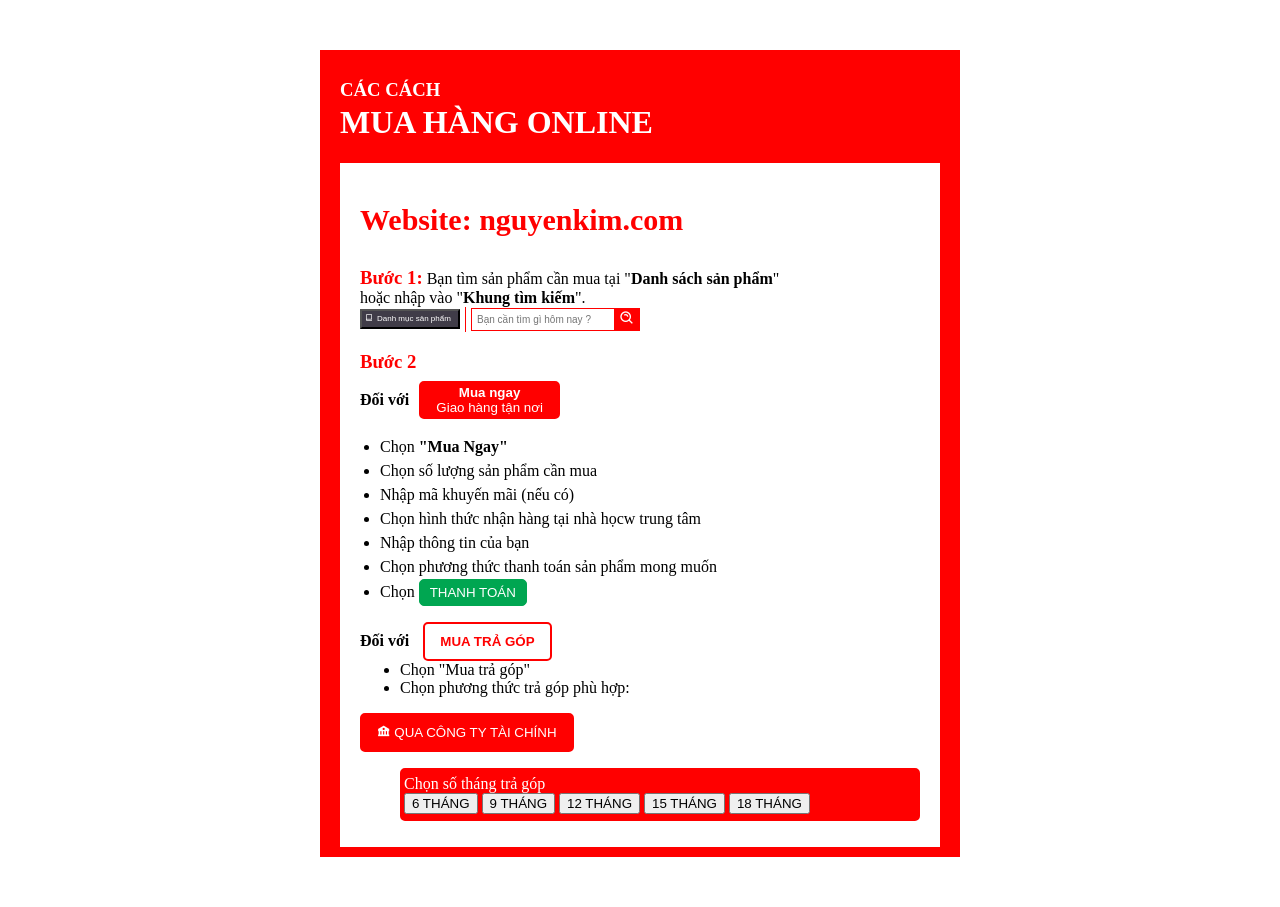
Repository: Tan-Khang21/TH_TKW--Buoi_01
Page: Buoi_01/BT_tren_lop/BT_06/main.html
The author's editor kept a copy of each file at every save. The page is drawn from the files as they stood at one save, then again after a run of saves.
The browser window is 1280 px wide. The pictures show the whole page.

Above is the page before, as saved 2024-01-23 20:48:07.

### Buoi_01/BT_tren_lop/BT_06/main.html
<!DOCTYPE html>
<html lang="en">
  <head>
    <meta charset="UTF-8" />
    <meta name="viewport" content="width=device-width, initial-scale=1.0" />
    <title>Document</title>
    <link rel="stylesheet" href="style.css" />
    <link
      href="https://unpkg.com/boxicons@2.1.4/css/boxicons.min.css"
      rel="stylesheet"
    />
  </head>
  <body>
    <div class="cover">
      <h3 style="color: white">CÁC CÁCH</h3>
      <h1>MUA HÀNG ONLINE</h1>
      <div class="content">
        <h3 style="font-size: 30px">Website: nguyenkim.com</h3>

        <h3 style="display: inline">Bước 1:</h3>
        <span
          >Bạn tìm sản phẩm cần mua tại "<b>Danh sách sản phẩm</b>"<br />
          hoặc nhập vào "<b>Khung tìm kiếm</b>".</span
        >
        <br />
        <div class="Search_product">
          <button>
            <i class="bx bx-book-alt" style="margin-right: 4px"></i> Danh mục
            sản phẩm
          </button>
          <div class="line"></div>
          <form style="display: flex">
            <input
              class="search"
              type="text"
              placeholder="Bạn cần tìm gì hôm nay ?"
            />
            <div class="submit">
              <input
                class="submit_input"
                type="submit"
                name=""
                id="submit_input"
              />
              <label for="submit_input"
                ><i
                  class="bx bx-search-alt"
                  style="
                    position: absolute;
                    z-index: 2;
                    transform: translateX(4px) translateY(2px);
                    color: white;
                  "
                ></i
              ></label>
            </div>
          </form>
        </div>
        <h3>Bước 2</h3>
        <div class="step2">
          <b>Đối với</b>
          <button class="buy_now">
            <b>Mua ngay</b><br /><span>Giao hàng tận nơi</span>
          </button>
        </div>
        <ul class="step2_list">
          <li>Chọn <b>"Mua Ngay"</b></li>
          <li>Chọn số lượng sản phẩm cần mua</li>
          <li>Nhập mã khuyến mãi (nếu có)</li>
          <li>Chọn hình thức nhận hàng tại nhà họcw trung tâm</li>
          <li>Nhập thông tin của bạn</li>
          <li>Chọn phương thức thanh toán sản phẩm mong muốn</li>
          <li>Chọn <button class="button_green">THANH TOÁN</button></li>
        </ul>
        <b>Đối với</b>
        <button class="buy">MUA TRẢ GÓP</button>
        <ul style="margin-top: 0px">
          <li>Chọn "Mua trả góp"</li>
          <li>Chọn phương thức trả góp phù hợp:</li>
        </ul>
        <button class="red_big">
          <i class="bx bxs-bank" style="margin-right: 4px;"></i>QUA CÔNG TY TÀI CHÍNH
        </button>
        <ul>
          <div class="red">
            <li>Chọn số tháng trả góp</li>
            <button class="red_month">6 THÁNG</button>
            <button class="red_month">9 THÁNG</button>
            <button class="red_month">12 THÁNG</button>
            <button class="red_month">15 THÁNG</button>
            <button class="red_month">18 THÁNG</button>
          </div>
        </ul>
      </div>
    </div>
  </body>
</html>

### Buoi_01/BT_tren_lop/BT_06/style.css
body{
    box-sizing: border-box;
}
.cover{
    width: 600px;
    margin: 50px auto;
    background-color: red;
    padding: 10px 20px;
}
h1{
    margin-top: -15px;
    color: white;
}
.content{
    background-color: white;
    padding: 10px 20px;
}
.content h3{
    color:red;
    font-weight: bold;
}
.Search_product{
    display: flex;
    align-items: center;
}
.Search_product button{
    display: flex;
    align-items:baseline;
    font-size: 8px;
    width: 100px;
    height: 20px;
    padding: 3px;
    background-color: #403c48;
    color: white;
}
.line{
    width: 1px;
    height: 25px;
    background-color: red;
    margin: 0 5px
}
.search{
    padding:5px;
    font-size: 10px;
    border: 1px solid red;
}
.submit_input{
    display: none;
}
.submit label{
    position: relative;
}
.submit label::after{
    content: "";
    width:25px;
    height: 23px;
    background-color: red;
    left: 0;
    top: 0;
    position: absolute;
}
.buy_now,.buy{
    padding:2px 15px;
    background-color: red;
    border: 2px solid red;
    border-radius: 5px;
    color: white;
    margin-left: 10px;
}
.step2{
    display: flex;
    align-items: center;
    margin-top: -10px;
}
.step2_list{
    margin-left: -20px;
    line-height: 1.5;
}
.button_green{
    color:white;
    background-color: #00a651;
    border: 1px solid #00a651;
    padding: 5px 10px;
    border-radius: 5px;
}
.buy{
    padding: 10px 15px;
    background-color: white;
    color: red;
    font-weight: bolder;
}
.red_big{
    padding: 10px 15px;
    background-color: red;
    border: 2px solid red;
    border-radius: 5px;
    color: white;
}
.red{
    padding: 5px 2px;
    background-color: red;
    border: 2px solid red;
    border-radius: 5px;
    color: white;
}

After the next 2 saves:
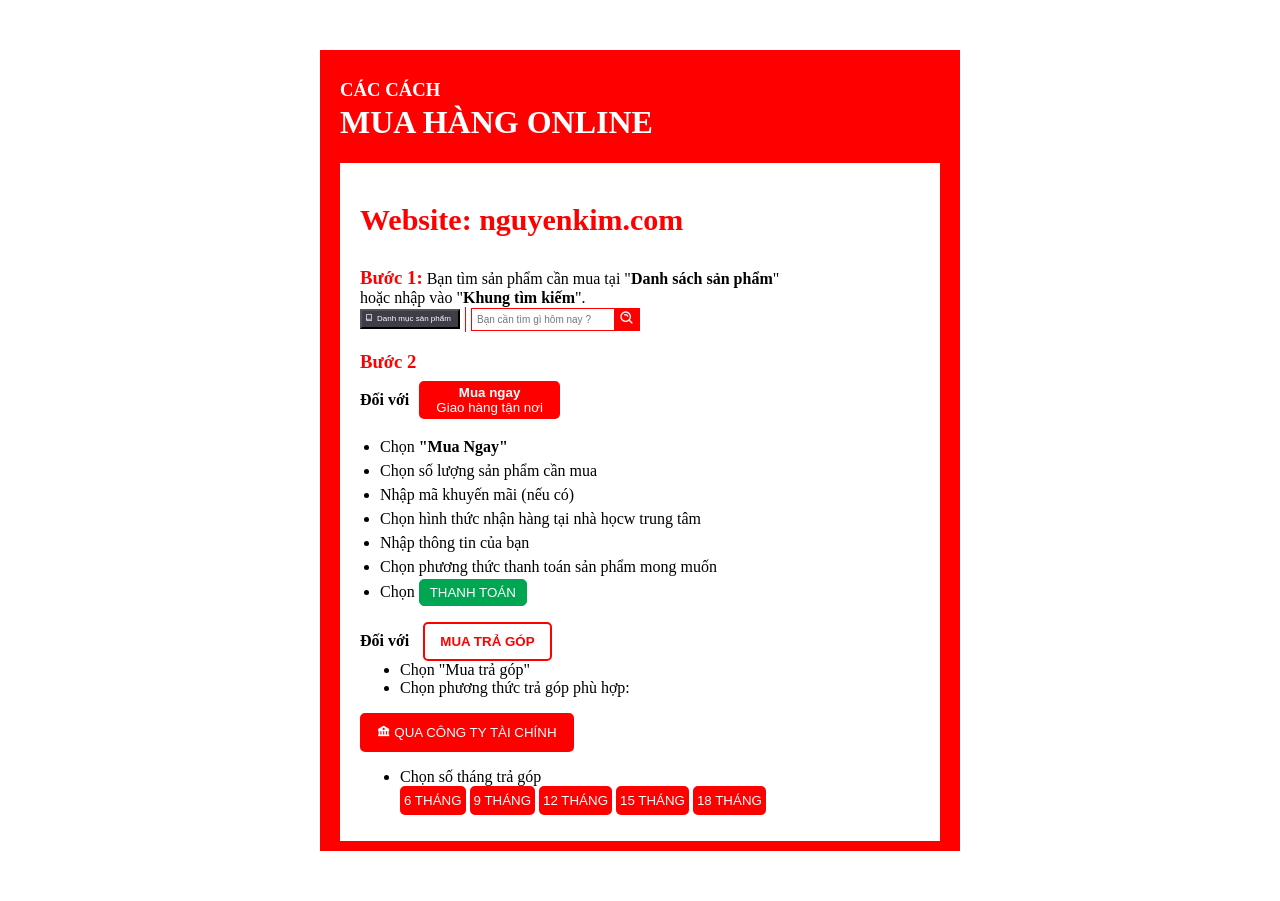
The 2 saves are shown as one change because they came seconds apart.
The last was saved 12 s later.
--- a/Buoi_01/BT_tren_lop/BT_06/style.css
+++ b/Buoi_01/BT_tren_lop/BT_06/style.css
@@ -96,7 +96,7 @@
     border-radius: 5px;
     color: white;
 }
-.red{
+.red_month{
     padding: 5px 2px;
     background-color: red;
     border: 2px solid red;
